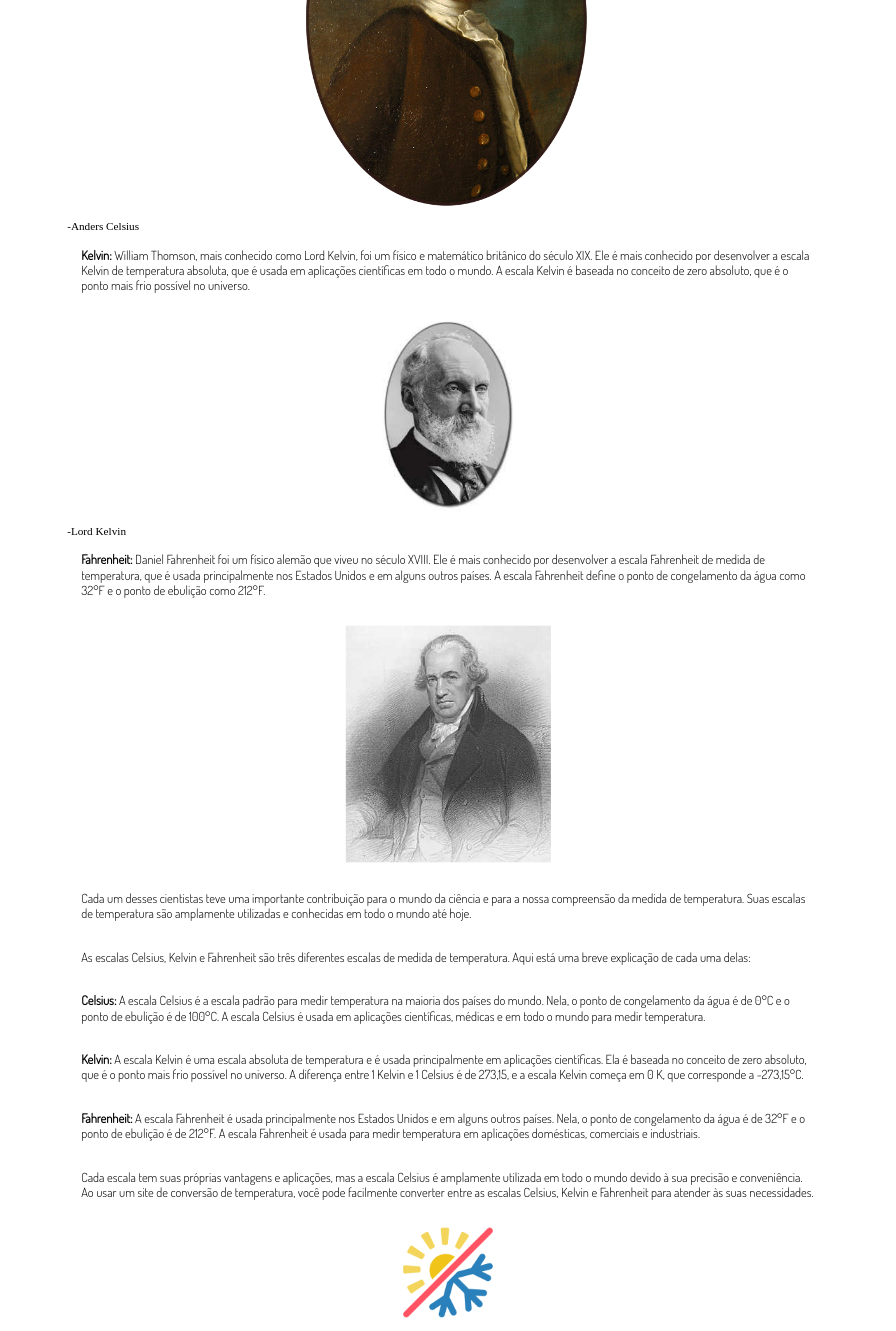
Repository: Leonngc/Conversor-de-temperatura
Page: history.html
These files come from the project's save history. The page is drawn as it stood at one moment and after a run of saves; the edit follows.
The browser window is 1280 px wide. The pictures show the part of the page from y = 857 to 2777 px (the page is 2759 px tall before and 2777 px after), at 70% of full size.
Some icons come from a web library that is not loaded, so they are not drawn.

Above is the page before, as saved 2023-02-12 01:09:54.

After the next 2 saves:
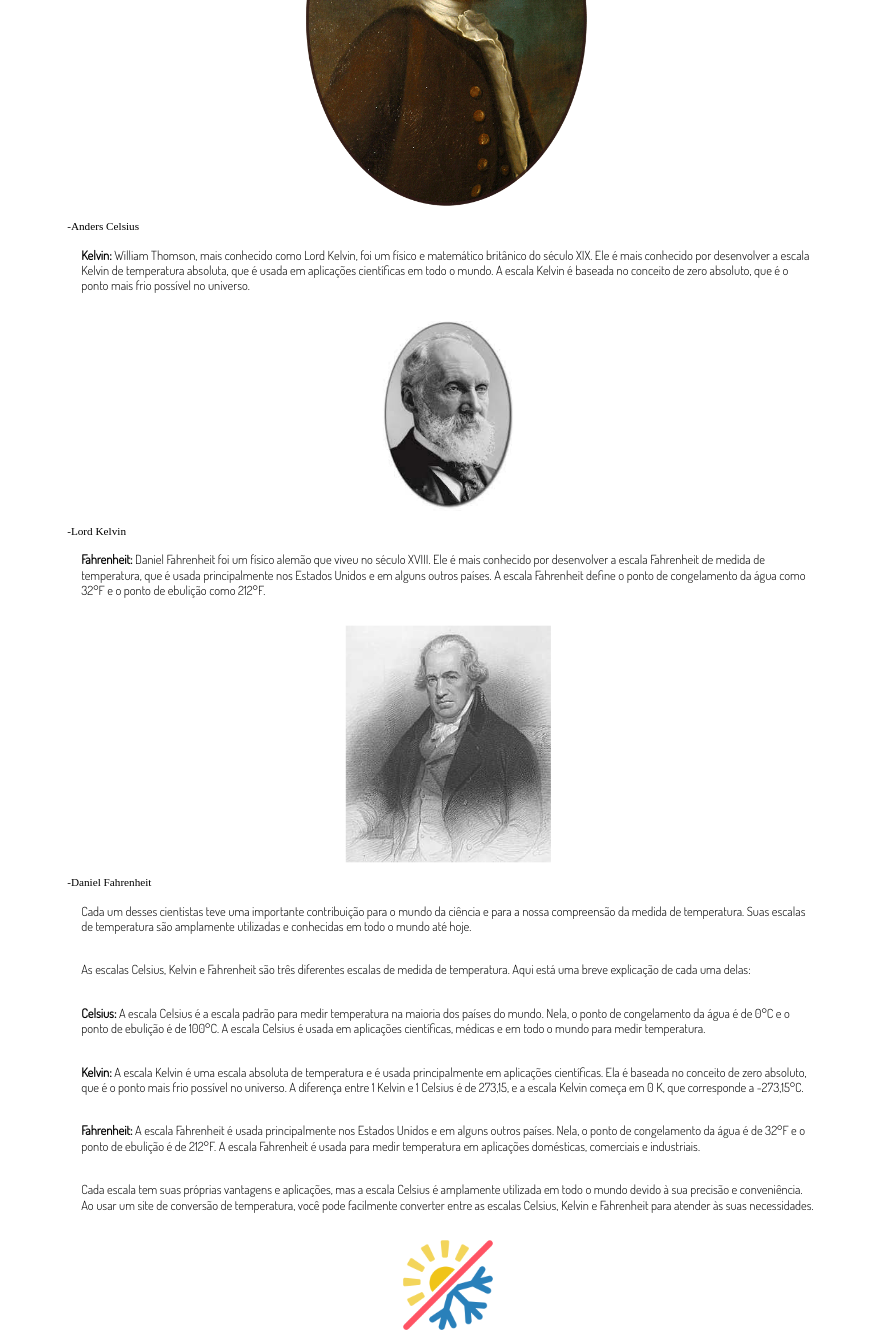
The 2 saves are shown as one change because they came seconds apart.
The last was saved 33 s later.
--- a/history.html
+++ b/history.html
@@ -53,7 +53,7 @@
 
 <p><strong>Fahrenheit:</strong> Daniel Fahrenheit foi um físico alemão que viveu no século XVIII. Ele é mais conhecido por desenvolver a escala Fahrenheit de medida de temperatura, que é usada principalmente nos Estados Unidos e em alguns outros países. A escala Fahrenheit define o ponto de congelamento da água como 32°F e o ponto de ebulição como 212°F.</p>
 <div>
-    <img src="image/fahrenheit.jpg" alt="Fahrenheit imagem">
+    <img src="image/fahrenheit.jpg" alt="Fahrenheit imagem"> <legend>-Daniel Fahrenheit</legend>
   </div>
 
 <p>Cada um desses cientistas teve uma importante contribuição para o mundo da ciência e para a nossa compreensão da medida de temperatura. Suas escalas de temperatura são amplamente utilizadas e conhecidas em todo o mundo até hoje.</p>
